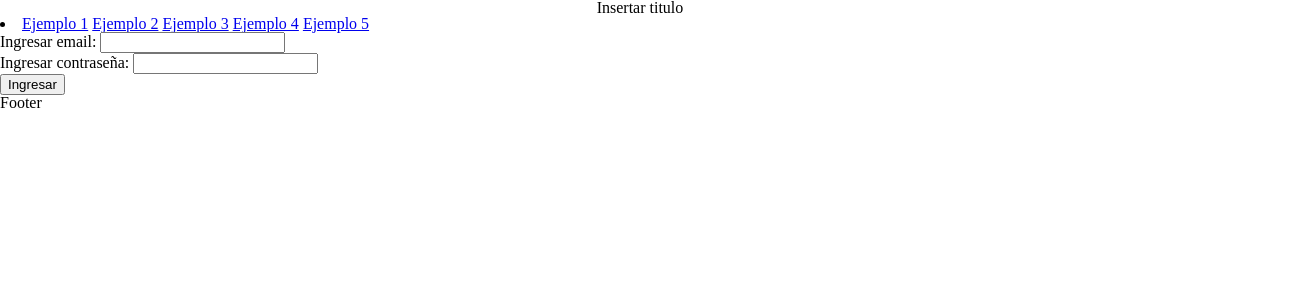
Repository: FacundoKinderknecht/Parcial-2-LPPA
Page: login/login.html
The author's editor kept a copy of each file at every save. The page is drawn from the files as they stood at one save, then again after the next save.
The browser window is 1280 px wide. The page is 1280 px wide, then 1312 px, so the pictures cover 1312 px, including what lies to the right of the window. The pictures show the whole page.

Above is the page before, as saved 2022-07-06 10:20:43.

### login/login.html
<!DOCTYPE html>
<html lang="en">
<head>
    <meta charset="UTF-8">
    <meta http-equiv="X-UA-Compatible" content="IE=edge">
    <meta name="viewport" content="width=device-width, initial-scale=1.0">
    <title>Document</title>
    <link rel="stylesheet" href="/reset.css">
    <link rel="stylesheet" href="/login/login.css">
    <script src="/login/login.js"></script>
</head>
<body>
    <header>
        <h1>Insertar titulo</h1>
    </header>
    <nav>
        <li>
            <a href="#">Ejemplo 1</a>
            <a href="#">Ejemplo 2</a>
            <a href="#">Ejemplo 3</a>
            <a href="#">Ejemplo 4</a>
            <a href="#">Ejemplo 5</a>
        </li>
    </nav>
    <main>
        <form>
            <div class="email">
                <label for="email">Ingresar email:</label>
                <input type="text" name="email" id="email">
            </div>
            <div class="contraseña">
                <label for="contraseña">Ingresar contraseña:</label>
                <input type="password" name="contraseña" id="contraseña">
            </div>
            <div class="boton">
                <input type="submit" value="Ingresar">
            </div>
        </form>
    </main>
    <footer>
        <p>Footer</p>
    </footer>
</body>
</html>

### login/login.css
header{
    width: 100%;
    text-align: center;
}

Loaded but not shown: reset.css (common file); login/login.js (no stored copy; drawn as an empty file)

After the next save:
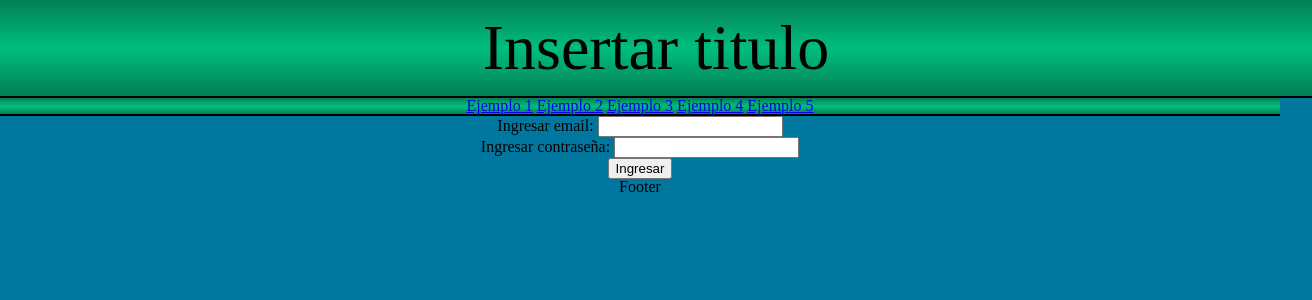
Saved 24 s later.
--- a/login/login.css
+++ b/login/login.css
@@ -1,4 +1,25 @@
+body{
+    background-color: rgb(0, 119, 159);
+    height: 100%;
+    align-items: center;
+    text-align: center;
+    margin: 0;
+}
 header{
     width: 100%;
-    text-align: center;
+    border-bottom: black 2px solid;
+    padding: 1rem;
+    font-size: 400%;
+    background: linear-gradient(to top, rgb(4, 126, 83), rgb(0, 190, 126), rgb(4, 126, 83));
 }
+nav{
+    background: linear-gradient(to top, rgb(4, 126, 83), rgb(0, 190, 126), rgb(4, 126, 83));
+    display: block;
+    border-bottom: black 2px solid;
+    text-decoration: none;
+}
+li{
+    text-decoration: none;
+    list-style: none;
+    color: black;
+}
